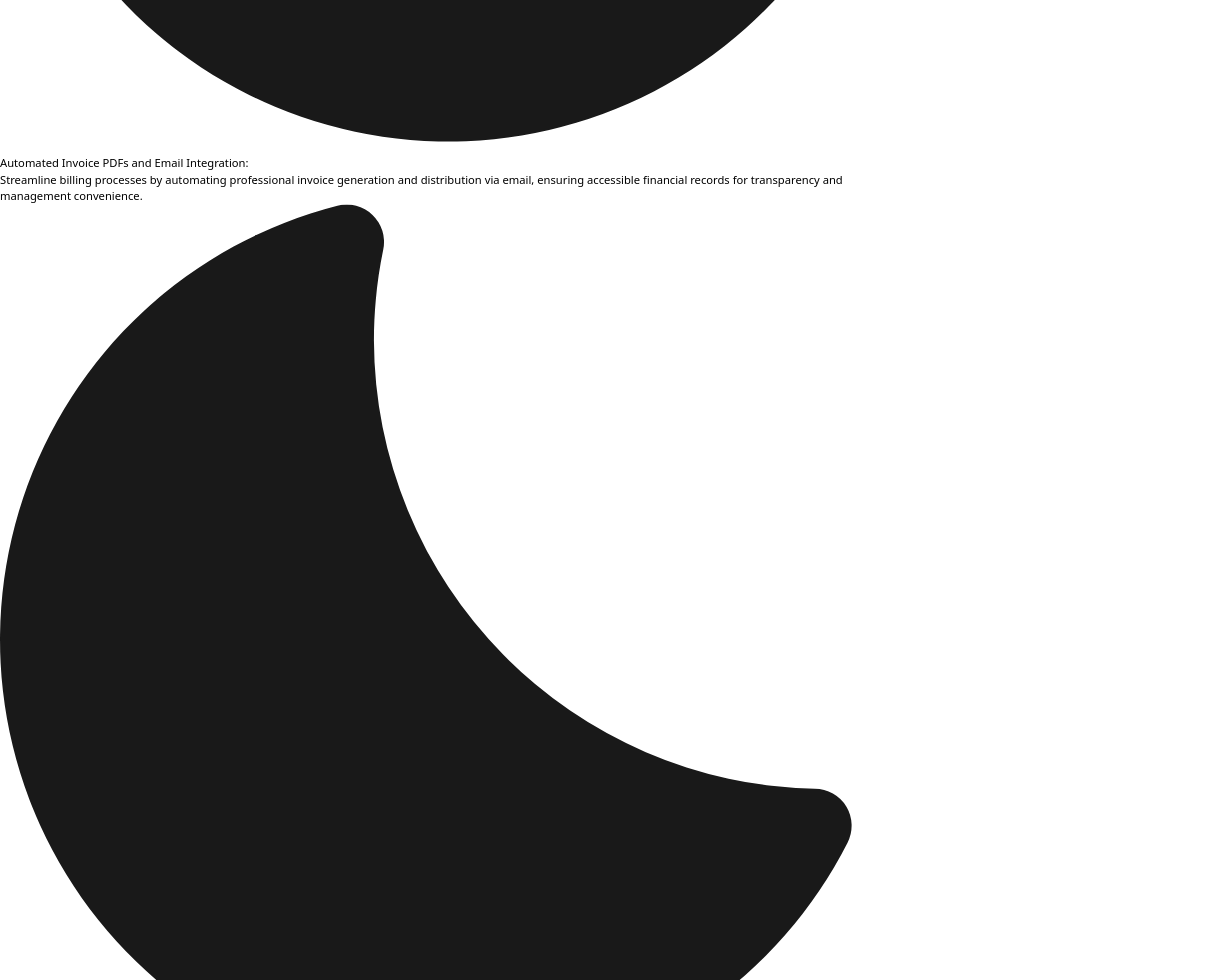
Repository: BarrySong97/flysky-landing
Page: /
An editor plug-in stored every save of this project. The page is shown before and after the next save, followed by the edit.
The browser window is 1280 px wide. The page is 1760 px wide, so the pictures cover 1760 px, including what lies to the right of the window. The pictures show the part of the page from y = 3966 to 5366 px (the page is 23775 px tall before and 23751 px after), at 70% of full size.
The project was rebuilt for these pictures with package versions that can differ from the ones it lists, and the page was loaded fresh each time. Also part of the build but not shown: vite.config.js, src/partials/Banner.jsx, src/pages/SignIn.jsx, src/pages/SignUp.jsx, src/pages/ResetPassword.jsx.

Above is the page before, as saved 2023-12-10 09:48:24.

### index.html
<!DOCTYPE html>
<html lang="en">
  <head>
    <meta charset="UTF-8" />
    <link rel="icon" type="image/svg+xml" href="/src/favicon.svg" />
    <meta name="viewport" content="width=device-width, initial-scale=1.0" />
    <title>Vite App</title>
  </head>
  <body class="font-inter antialiased bg-white text-gray-900 tracking-tight">
    <noscript>You need to enable JavaScript to run this app.</noscript>
    <script>
        if (localStorage.getItem('sidebar-expanded') == 'true') {
            document.querySelector('body').classList.add('sidebar-expanded');
        } else {
            document.querySelector('body').classList.remove('sidebar-expanded');
        }
    </script>
    <div id="root"></div>
    <script type="module" src="/src/main.jsx"></script>
  </body>
</html>

### src/App.jsx
import React, { useEffect } from 'react';
import {
  Routes,
  Route,
  useLocation
} from 'react-router-dom';

import 'aos/dist/aos.css';
import './css/style.css';

import AOS from 'aos';

import Home from './pages/Home';
import SignIn from './pages/SignIn';
import SignUp from './pages/SignUp';
import ResetPassword from './pages/ResetPassword';

function App() {

  const location = useLocation();

  useEffect(() => {
    AOS.init({
      once: true,
      disable: 'phone',
      duration: 700,
      easing: 'ease-out-cubic',
    });
  });

  useEffect(() => {
    document.querySelector('html').style.scrollBehavior = 'auto'
    window.scroll({ top: 0 })
    document.querySelector('html').style.scrollBehavior = ''
  }, [location.pathname]); // triggered on route change

  return (
    <>
      <Routes>
        <Route exact path="/" element={<Home />} />
        <Route path="/signin" element={<SignIn />} />
        <Route path="/signup" element={<SignUp />} />
        <Route path="/reset-password" element={<ResetPassword />} />
      </Routes>
    </>
  );
}

export default App;

### src/pages/Home.jsx
import React from "react";

import Header from "../partials/Header";
import HeroHome from "../partials/HeroHome";
import FeaturesHome from "../partials/Features";
import FeaturesBlocks from "../partials/FeaturesBlocks";
import Testimonials from "../partials/Testimonials";
import Newsletter from "../partials/Newsletter";
import Footer from "../partials/Footer";
import Banner from "../partials/Banner";

function Home() {
  return (
    <div className="flex flex-col min-h-screen overflow-hidden">
      {/*  Site header */}
      <Header />

      {/*  Page content */}
      <main className="flex-grow">
        {/*  Page sections */}
        <HeroHome />
        <FeaturesHome />
        <FeaturesBlocks />
        <Testimonials />
        <Newsletter />
      </main>

      {/*  Site footer */}
      <Footer />
    </div>
  );
}

export default Home;

### src/css/additional-styles/utility-patterns.css
/* Typography */
.h1 {
    @apply text-4xl font-extrabold leading-tight tracking-tighter;
}

.h2 {
    @apply text-3xl font-extrabold leading-tight tracking-tighter;
}

.h3 {
    @apply text-3xl font-bold leading-tight;
}

.h4 {
    @apply text-2xl font-bold leading-snug tracking-tight;
}

@screen md {
    .h1 {
        @apply text-5xl;
    }

    .h2 {
        @apply text-4xl;
    }
}

/* Buttons */
.btn,
.btn-sm {
    @apply font-medium inline-flex items-center justify-center border border-transparent rounded leading-snug transition duration-150 ease-in-out;
}

.btn {
    @apply px-8 py-3 shadow-lg;
}

.btn-sm {
    @apply px-4 py-2 shadow;
}

/* Forms */
.form-input,
.form-textarea,
.form-multiselect,
.form-select,
.form-checkbox,
.form-radio {
    @apply bg-white border border-gray-300 focus:border-gray-500;
}

.form-input,
.form-textarea,
.form-multiselect,
.form-select,
.form-checkbox {
    @apply rounded;
}

.form-input,
.form-textarea,
.form-multiselect,
.form-select {
    @apply py-3 px-4;
}

.form-input,
.form-textarea {
    @apply placeholder-gray-500;
}

.form-select {
    @apply pr-10;
}

.form-checkbox,
.form-radio {
    @apply text-gray-800 rounded-sm;
}

### src/css/additional-styles/range-slider.css
/* Range slider */
:root {
    --range-thumb-size: 36px;
}

input[type=range] {
    appearance: none;
    background: #ccc;
    border-radius: 3px;
    height: 6px;
    margin-top: (--range-thumb-size - 6px) * 0.5;
    margin-bottom: (--range-thumb-size - 6px) * 0.5;
    --thumb-size: #{--range-thumb-size};
}

input[type=range]::-webkit-slider-thumb {
    appearance: none;
    -webkit-appearance: none;
    background-color: #000;
    background-image: url("data:[embedded picture, 172 characters]");
    background-position: center;
    background-repeat: no-repeat;
    border: 0;
    border-radius: 50%;
    cursor: pointer;
    height: --range-thumb-size;
    width: --range-thumb-size;
}

input[type=range]::-moz-range-thumb {
    background-color: #000;
    background-image: url("data:[embedded picture, 172 characters]");
    background-position: center;
    background-repeat: no-repeat;
    border: 0;
    border: none;
    border-radius: 50%;
    cursor: pointer;
    height: --range-thumb-size;
    width: --range-thumb-size;
}

input[type=range]::-ms-thumb {
    background-color: #000;
    background-image: url("data:[embedded picture, 172 characters]");
    background-position: center;
    background-repeat: no-repeat;
    border: 0;
    border-radius: 50%;
    cursor: pointer;
    height: --range-thumb-size;
    width: --range-thumb-size;
}

input[type=range]::-moz-focus-outer {
    border: 0;
}

### src/partials/Features.jsx
import React, { useState, useRef, useEffect } from "react";
import Transition from "../utils/Transition";

import FeaturesBg from "../images/features-bg.png";
import FeaturesElement from "../images/features-element.png";

function Features() {
  const [tab, setTab] = useState(1);

  const tabs = useRef(null);

  const heightFix = () => {
    if (tabs.current.children[tab]) {
      tabs.current.style.height =
        tabs.current.children[tab - 1].offsetHeight + "px";
    }
  };

  useEffect(() => {
    heightFix();
    // eslint-disable-next-line react-hooks/exhaustive-deps
  }, [tab]);

  return (
    <section className="relative">
      {/* Section background (needs .relative class on parent and next sibling elements) */}
      <div
        className="absolute inset-0 bg-gray-100 pointer-events-none mb-16"
        aria-hidden="true"
      ></div>
      <div className="absolute left-0 right-0 m-auto w-px p-px h-20 bg-gray-200 transform -translate-y-1/2"></div>

      <div className="relative max-w-6xl mx-auto px-4 sm:px-6">
        <div className="pt-12 md:pt-20">
          {/* Section header */}
          <div className="max-w-3xl mx-auto text-center pb-12 md:pb-16">
            <h1 className="h2 mb-4">Explore the solutions</h1>
            <p className="text-xl text-gray-600">
              Discover a myriad of solutions tailored for your school's needs.
              Dive into a comprehensive suite of tools designed to streamline
              administrative tasks, manage student records efficiently, and
              facilitate seamless communication among staff, students, and
              parents.
            </p>
          </div>

          {/* Section content */}
          <div className="md:grid md:grid-cols-12 md:gap-6">
            {/* Content */}
            <div
              className="max-w-xl md:max-w-none md:w-full mx-auto md:col-span-7 lg:col-span-6 md:mt-6"
              data-aos="fade-right"
            >
              <div className="md:pr-4 lg:pr-12 xl:pr-16 mb-8">
                <h3 className="h3 mb-3">Powerful suite of tools</h3>
              </div>
              {/* Tabs buttons */}
              <div className="mb-8 md:mb-0">
                <a
                  className={`flex items-center text-lg p-5 rounded border transition duration-300 ease-in-out mb-3 ${
                    tab !== 1
                      ? "bg-white shadow-md border-gray-200 hover:shadow-lg"
                      : "bg-gray-200 border-transparent"
                  }`}
                  href="#0"
                  onClick={(e) => {
                    e.preventDefault();
                    setTab(1);
                  }}
                >
                  <div>
                    <div className="font-bold leading-snug tracking-tight mb-1">
                      Schedule Management:
                    </div>
                    <div className="text-gray-600">
                      Simplify class, event, and resource scheduling
                      effortlessly, maximizing efficiency in faculty, student.
                    </div>
                  </div>
                  <div className="flex justify-center items-center w-8 h-8 bg-white rounded-full shadow flex-shrink-0 ml-3">
                    <svg
                      className="w-3 h-3 fill-current"
                      viewBox="0 0 12 12"
                      xmlns="http://www.w3.org/2000/svg"
                    >
                      <path
                        d="M11.854.146a.5.5 0 00-.525-.116l-11 4a.5.5 0 00-.015.934l4.8 1.921 1.921 4.8A.5.5 0 007.5 12h.008a.5.5 0 00.462-.329l4-11a.5.5 0 00-.116-.525z"
                        fillRule="nonzero"
                      />
                    </svg>
                  </div>
                </a>
                <a
                  className={`flex items-center text-lg p-5 rounded border transition duration-300 ease-in-out mb-3 ${
                    tab !== 2
                      ? "bg-white shadow-md border-gray-200 hover:shadow-lg"
                      : "bg-gray-200 border-transparent"
                  }`}
                  href="#0"
                  onClick={(e) => {
                    e.preventDefault();
                    setTab(2);
                  }}
                >
                  <div>
                    <div className="font-bold leading-snug tracking-tight mb-1">
                      Calendar Organization:
                    </div>
                    <div className="text-gray-600">
                      Centralize all school-related events and deadlines within
                      an intuitive calendar interface.
                    </div>
                  </div>
                  <div className="flex justify-center items-center w-8 h-8 bg-white rounded-full shadow flex-shrink-0 ml-3">
                    <svg
                      className="w-3 h-3 fill-current"
                      viewBox="0 0 12 12"
                      xmlns="http://www.w3.org/2000/svg"
                    >
                      <path
                        d="M11.334 8.06a.5.5 0 00-.421-.237 6.023 6.023 0 01-5.905-6c0-.41.042-.82.125-1.221a.5.5 0 00-.614-.586 6 6 0 106.832 8.529.5.5 0 00-.017-.485z"
                        fill="#191919"
                        fillRule="nonzero"
                      />
                    </svg>
                  </div>
                </a>
                <a
                  className={`flex items-center text-lg p-5 rounded border transition duration-300 ease-in-out mb-3 ${
                    tab !== 3
                      ? "bg-white shadow-md border-gray-200 hover:shadow-lg"
                      : "bg-gray-200 border-transparent"
                  }`}
                  href="#0"
                  onClick={(e) => {
                    e.preventDefault();
                    setTab(3);
                  }}
                >
                  <div>
                    <div className="font-bold leading-snug tracking-tight mb-1">
                      Automated Invoice PDFs and Email Integration:
                    </div>
                    <div className="text-gray-600">
                      Streamline billing processes by automating professional
                      invoice generation and distribution via email, ensuring
                      accessible financial records for transparency and
                      management convenience.
                    </div>
                  </div>
                  <div className="flex justify-center items-center w-8 h-8 bg-white rounded-full shadow flex-shrink-0 ml-3">
                    <svg
                      className="w-3 h-3 fill-current"
                      viewBox="0 0 12 12"
                      xmlns="http://www.w3.org/2000/svg"
                    >
                      <path
                        d="M11.334 8.06a.5.5 0 00-.421-.237 6.023 6.023 0 01-5.905-6c0-.41.042-.82.125-1.221a.5.5 0 00-.614-.586 6 6 0 106.832 8.529.5.5 0 00-.017-.485z"
                        fill="#191919"
                        fillRule="nonzero"
                      />
                    </svg>
                  </div>
                </a>
                <a
                  className={`flex items-center text-lg p-5 rounded border transition duration-300 ease-in-out mb-3 ${
                    tab !== 4
                      ? "bg-white shadow-md border-gray-200 hover:shadow-lg"
                      : "bg-gray-200 border-transparent"
                  }`}
                  href="#0"
                  onClick={(e) => {
                    e.preventDefault();
                    setTab(4);
                  }}
                >
                  <div>
                    <div className="font-bold leading-snug tracking-tight mb-1">
                      Miniprograms:
                    </div>
                    <div className="font-bold leading-snug tracking-tight mb-1">
                      Our product, when paired with mini-programs, boasts
                      remarkable efficiency, delivering a seamlessly integrated
                      and versatile user experience.
                    </div>
                    <div className="text-gray-600"></div>
                  </div>
                  <div className="flex justify-center items-center w-8 h-8 bg-white rounded-full shadow flex-shrink-0 ml-3">
                    <svg
                      className="w-3 h-3 fill-current"
                      viewBox="0 0 12 12"
                      xmlns="http://www.w3.org/2000/svg"
                    >
                      <path d="M11.953 4.29a.5.5 0 00-.454-.292H6.14L6.984.62A.5.5 0 006.12.173l-6 7a.5.5 0 00.379.825h5.359l-.844 3.38a.5.5 0 00.864.445l6-7a.5.5 0 00.075-.534z" />
                    </svg>
                  </div>
                </a>
              </div>
            </div>

            {/* Tabs items */}
            <div
              className="max-w-xl md:max-w-none md:w-full mx-auto md:col-span-5 lg:col-span-6 mb-8 md:mb-0 md:order-1"
              data-aos="zoom-y-out"
              ref={tabs}
            >
              <div className="relative flex flex-col text-center lg:text-right">
                {/* Item 1 */}
                <Transition
                  show={tab === 1}
                  appear={true}
                  className="w-full"
                  enter="transition ease-in-out duration-700 transform order-first"
                  enterStart="opacity-0 translate-y-16"
                  enterEnd="opacity-100 translate-y-0"
                  leave="transition ease-in-out duration-300 transform absolute"
                  leaveStart="opacity-100 translate-y-0"
                  leaveEnd="opacity-0 -translate-y-16"
                >
                  <div className="relative inline-flex flex-col">
                    <img
                      className="md:max-w-none mx-auto rounded"
                      src={FeaturesBg}
                      width="500"
                      height="462"
                      alt="Features bg"
                    />
                    <img
                      className="md:max-w-none absolute w-full left-0 transform animate-float"
                      src={FeaturesElement}
                      width="500"
                      height="44"
                      alt="Element"
                      style={{ top: "30%" }}
                    />
                  </div>
                </Transition>
                {/* Item 2 */}
                <Transition
                  show={tab === 2}
                  appear={true}
                  className="w-full"
                  enter="transition ease-in-out duration-700 transform order-first"
                  enterStart="opacity-0 translate-y-16"
                  enterEnd="opacity-100 translate-y-0"
                  leave="transition ease-in-out duration-300 transform absolute"
                  leaveStart="opacity-100 translate-y-0"
                  leaveEnd="opacity-0 -translate-y-16"
                >
                  <div className="relative inline-flex flex-col">
                    <img
                      className="md:max-w-none mx-auto rounded"
                      src={FeaturesBg}
                      width="500"
                      height="462"
                      alt="Features bg"
                    />
                    <img
                      className="md:max-w-none absolute w-full left-0 transform animate-float"
                      src={FeaturesElement}
                      width="500"
                      height="44"
                      alt="Element"
                      style={{ top: "30%" }}
                    />
                  </div>
                </Transition>
                {/* Item 3 */}
                <Transition
                  show={tab === 3}
                  appear={true}
                  className="w-full"
                  enter="transition ease-in-out duration-700 transform order-first"
                  enterStart="opacity-0 translate-y-16"
                  enterEnd="opacity-100 translate-y-0"
                  leave="transition ease-in-out duration-300 transform absolute"
                  leaveStart="opacity-100 translate-y-0"
                  leaveEnd="opacity-0 -translate-y-16"
                >
                  <div className="relative inline-flex flex-col">
                    <img
                      className="md:max-w-none mx-auto rounded"
                      src={FeaturesBg}
                      width="500"
                      height="462"
                      alt="Features bg"
                    />
                    <img
                      className="md:max-w-none absolute w-full left-0 transform animate-float"
                      src={FeaturesElement}
                      width="500"
                      height="44"
                      alt="Element"
                      style={{ top: "30%" }}
                    />
                  </div>
                </Transition>
              </div>
            </div>
          </div>
        </div>
      </div>
    </section>
  );
}

export default Features;

### src/utils/Modal.jsx
import React, { useEffect, useRef } from 'react';
import PropTypes from 'prop-types';
import Transition from '../utils/Transition';

function Modal({
  children,
  id,
  ariaLabel,
  show,
  handleClose
}) {

  const modalContent = useRef(null);

  // close the modal on click outside
  useEffect(() => {
    const clickHandler = ({ target }) => {
      if (!show || modalContent.current.contains(target)) return;
      handleClose();
    };
    document.addEventListener('click', clickHandler);
    return () => document.removeEventListener('click', clickHandler);
  });

  // close the modal if the esc key is pressed
  useEffect(() => {
    const keyHandler = ({ keyCode }) => {
      if (keyCode !== 27) return;
      handleClose();
    };
    document.addEventListener('keydown', keyHandler);

    return () => document.removeEventListener('keydown', keyHandler);
  });

  return (
    <>
      {/* Modal backdrop */}
      <Transition
        className="fixed inset-0 z-50 bg-white bg-opacity-75 transition-opacity backdrop-blur-sm"
        show={show}
        enter="transition ease-out duration-200"
        enterStart="opacity-0"
        enterEnd="opacity-100"
        leave="transition ease-out duration-100"
        leaveStart="opacity-100"
        leaveEnd="opacity-0"
        aria-hidden="true"
      />

      {/* Modal dialog */}
      <Transition
        id={id}
        className="fixed inset-0 z-50 overflow-hidden flex items-center justify-center transform px-4 sm:px-6"
        role="dialog"
        aria-modal="true"
        aria-labelledby={ariaLabel}
        show={show}
        enter="transition ease-out duration-200"
        enterStart="opacity-0 scale-95"
        enterEnd="opacity-100 scale-100"
        leave="transition ease-out duration-200"
        leaveStart="opacity-100 scale-100"
        leaveEnd="opacity-0 scale-95"
      >
        <div className="bg-white overflow-auto max-w-6xl w-full max-h-full" ref={modalContent}>
          {children}
        </div>
      </Transition>
    </>
  );
}

export default Modal;

Modal.propTypes = {
  children: PropTypes.oneOfType([
    PropTypes.arrayOf(PropTypes.element),
    PropTypes.element.isRequired
  ]),
  id: PropTypes.string,
  ariaLabel: PropTypes.string,
  show: PropTypes.bool.isRequired,
  handleClose: PropTypes.func.isRequired
};

Loaded but not shown: src/main.jsx (common file); src/css/style.css (common file); src/css/additional-styles/toggle-switch.css (common file); src/partials/Testimonials.jsx (106 lines, source omitted); src/partials/Footer.jsx (164 lines, source omitted); src/partials/FeaturesBlocks.jsx (128 lines, source omitted); src/css/additional-styles/theme.css (181 lines, source omitted); src/partials/HeroHome.jsx (143 lines, source omitted); src/partials/Newsletter.jsx (67 lines, source omitted); src/utils/Transition.jsx (116 lines, source omitted); src/partials/Header.jsx (73 lines, source omitted)

After the next save:
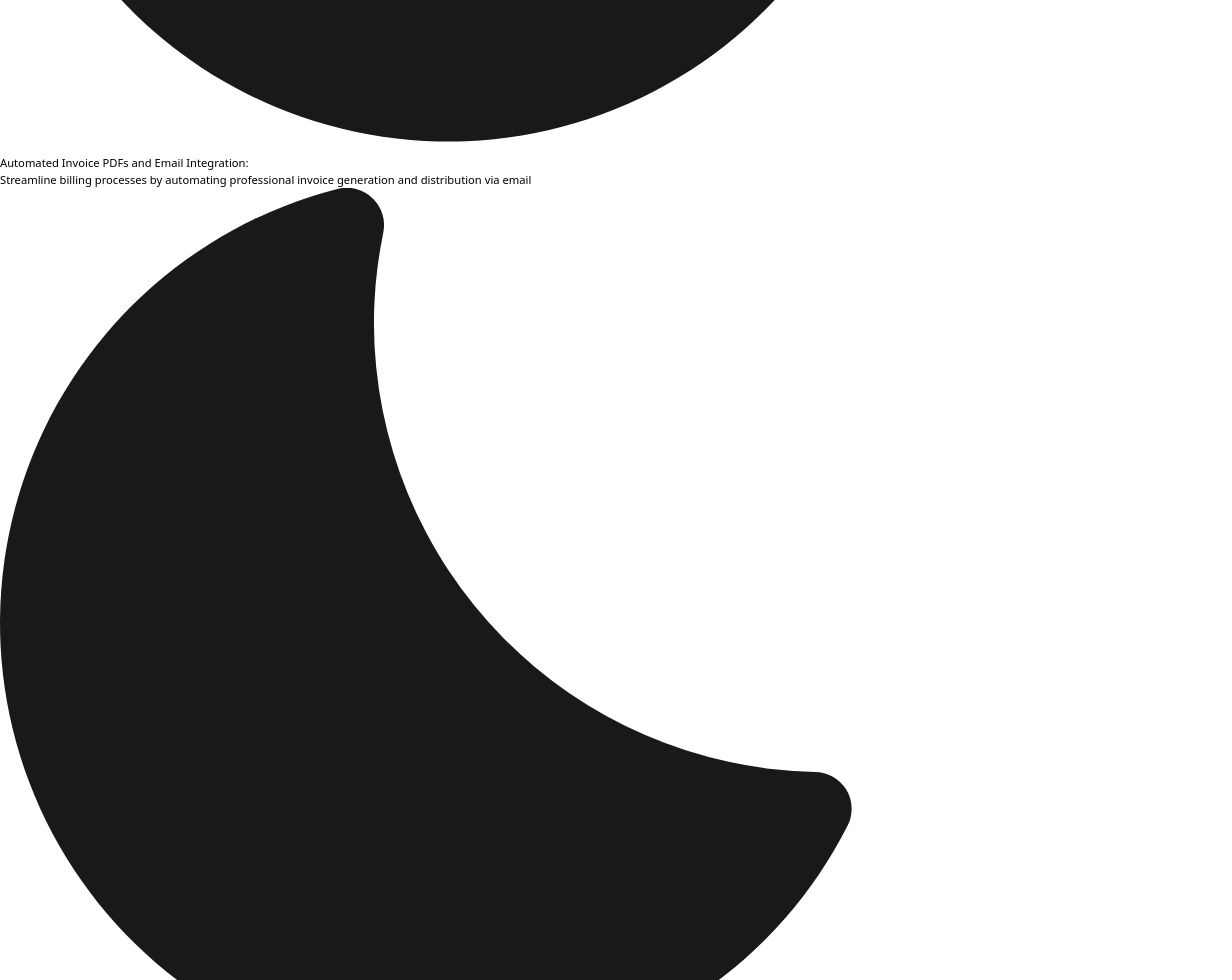
Saved 16 s later.
--- a/src/partials/Features.jsx
+++ b/src/partials/Features.jsx
@@ -143,9 +143,7 @@ function Features() {
                     </div>
                     <div className="text-gray-600">
                       Streamline billing processes by automating professional
-                      invoice generation and distribution via email, ensuring
-                      accessible financial records for transparency and
-                      management convenience.
+                      invoice generation and distribution via email{" "}
                     </div>
                   </div>
                   <div className="flex justify-center items-center w-8 h-8 bg-white rounded-full shadow flex-shrink-0 ml-3">
